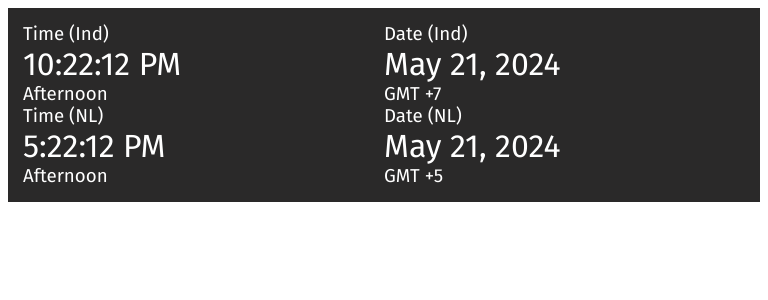
Repository: SnakeXrnt/notion-clock
Page: index.html
These files come from the project's save history. The page is drawn as it stood at one moment and after the next save; the edit follows.
The browser window is 768 px wide. The pictures show the whole page.

Above is the page before, as saved 2024-05-21 15:45:25.

After the next save:
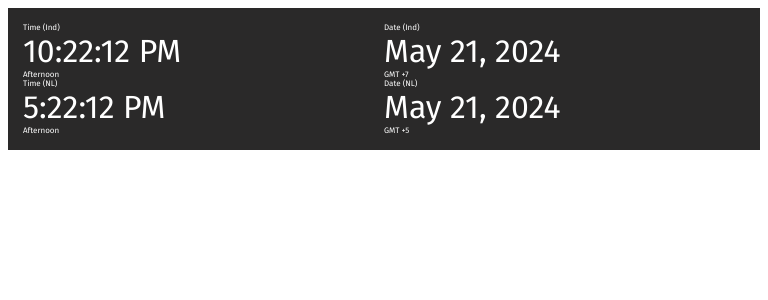
Saved 6 s later.
--- a/style.css
+++ b/style.css
@@ -53,7 +53,7 @@ body {
         font-size: 4vh;
     }
 
-    .time h2{
+    .time h3{
         font-size: 1vh;
     }
 
